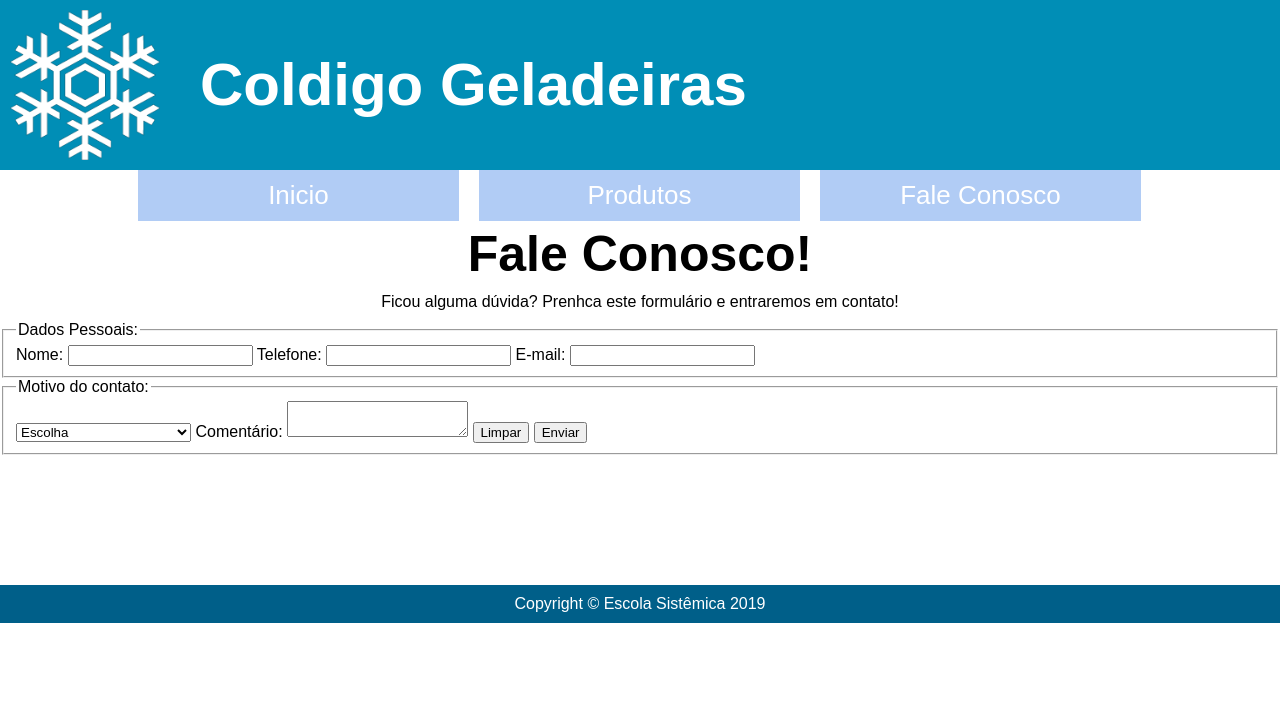
Repository: VandersonCani/Front-End
Page: ProjetoTrilhaWeb/src/main/webapp/WEB-INF/pages/site/faleconosco.html
An editor plug-in stored every save of this project. The page is shown before and after the next save, followed by the edit.
The browser window is 1280 px wide. The pictures show the whole page.

Above is the page before, as saved 2024-05-08 23:58:12.

### ProjetoTrilhaWeb/src/main/webapp/WEB-INF/pages/site/faleconosco.html
<!DOCTYPE html>
<html lang="pt-br">

<head>

	<meta charset="UTF-8">
	<meta name="description" content="Site da Coldigo Geladeiras">
	<meta name="keywords" content="Geladeiras, Frost-free, Refrigeração">
	<meta name="author" content="Escola Sistêmica">
	<meta name="viewport" content="width=device-width, initial-scale=1.0">
	<title>Coldigo Geladeiras</title>
	<link rel="stylesheet" type="text/css" href="../../css/site.css">
</head>

<body>
	<header>
		<img src="../../imgs/logo.png" alt="Logo da Coldigo Geladeiras">
		<h1>Coldigo Geladeiras</h1>
	</header>
	<nav>
		<a href="../../index.html">
			<div class="opcao">Inicio</div>
		</a>
		<a href="../../pages/site/produtos.html">
			<div class="opcao">Produtos</div>
		</a>
		<a href="../../pages/site/faleconosco.html">
			<div class="opcao">Fale Conosco</div>
		</a>
	</nav>
	<section>
		<h2>Fale Conosco!</h2>
		<p>Ficou alguma dúvida? Prenhca este formulário e entraremos em contato!</p>
		<form name="frmfaleconosco" method="post" action="#">
			<fieldset class="faleConosco">
				<legend> Dados Pessoais: </legend>
				<label for="nome">Nome: </label>
				<input type="text" name="txtnome" id="nome">
				<label for="fone">Telefone: </label>
				<input type="text" name="txtfone" id="fone">
				<label for="email">E-mail: </label>
				<input type="email" name="txtemail" id="email">
			</fieldset>
			<fieldset class="faleConosco">
				<legend>Motivo do contato: </legend>
				<select name="selmotivo" id="motivo">
					<option value="">Escolha</option>
					<option value="RE">Reclamação</option>
					<option value="SU">Sugestão</option>
					<option value="PR">Informação sobre produto</option>
				</select>
				<label for="comentario"> Comentário: </label>
				<textarea name="txacomentario" id="comentario"></textarea>
				<button type="reset">Limpar</buttontype></button>
				<button type="submit">Enviar</button>
			</fieldset>
		</form>
	</section>
	<footer>Copyright &copy; Escola Sistêmica 2019</footer>
</body>

</html>

### ProjetoTrilhaWeb/src/main/webapp/WEB-INF/css/site.css
@charset "UTF-8";
/*configuração geral do corpo da página*/

body{
	margin: 0 auto;
	font-family:"Century Gothic", sans-serif;
}

/****************************** Configurações Gerais ***************************************/
/*cabeçalho*/
header{
	height: 170px;
	background-color: #008eb6;
}
header img{
	float: left;
	height: 150px;
	width: 150px;
	margin: 10px;
}
header h1{
	float: left;
	margin: 50px 0 0 30px;
	font-size: 60px;
	color: #ffffff;
}
/* Menu */
nav{
	clear: both;
	width: 80%;
	margin: 0px auto;
	height: 55px;
}
nav a{
	color: white;
	text-decoration: none;
	text-align: center;
}
nav .opcao{
	float: left;
	width: 31.3%;
	background-color: #b1ccf5;
	padding:10px 0;
	margin: 0 1%;
	font-size: 26px;
}
nav .opcao:hover{
	background-color:#83afd3;
}

/*Área geral para conteúdos específicos de cada página*/
section{
	clear:both;
	min-height:360px;
	width: 100%;
	margin-top: 0px;
}
footer{
	background-color:#005f89;
	color:#fff;
	text-align:center;
	padding:10px;
}
/*****************************Configuração da página inicial*****************************/
section #topo{
	width: 900px;
	margin: 0px auto;
	height: 250px;
}
.geladeira{
	height: 250px;
	width: 125px;
}
.direita{
	float: right;
}
.esquerda{
	float: left;
}
section #titulos{
	float: left;
	height: 250px;
	width:650px;
	margin: 0px auto;
}
section p{
	clear: both;
	text-align: center;
	margin: 10px 80px;
}
h2{
	text-align:  center;
	margin-top: 0px;
	margin-bottom: 10px;
	font-size: 50px;
}h3{
	text-align: center;
	margin-top: 50px;
	font-size: 20px;
}
/***********************Configuração da página de Produtos***********************/
.tabelaProdutos{
	margin: 10px auto;
	text-align: center;
}
.tituloTabela{
	text-align: center;
	font-size: 30px;
	font-weight: bold;
	color: #fff;
	padding: 5px;
	border: transparent;
}
tr,td,th{
	border: 1px solid #B0c4DE;
	padding: 5px;
}
tr,td{
	font-size: 14px;
}
tr:nth-child(even){
	background-color: #b1ccf5;
}
tr:nth-child(odd){
	background-color: #83afd3;
}
/***********************Configuração da página Fale Conosco***********************/

After the next save:
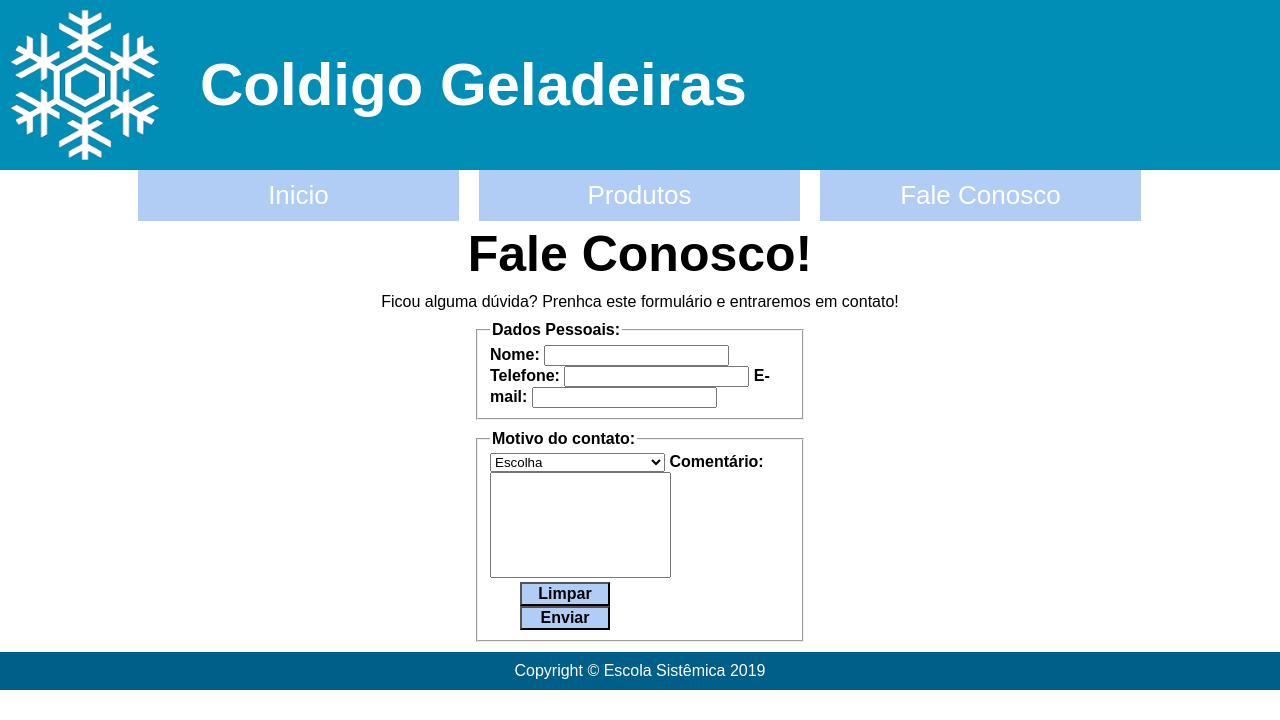
Saved 28 min 26 s later.
--- a/ProjetoTrilhaWeb/src/main/webapp/WEB-INF/css/site.css
+++ b/ProjetoTrilhaWeb/src/main/webapp/WEB-INF/css/site.css
@@ -125,3 +125,20 @@
 	background-color: #83afd3;
 }
 /***********************Configuração da página Fale Conosco***********************/
+.faleConosco{
+	width:300px;
+	margin:0px auto;
+	font-weight: bold;
+	margin-bottom: 10px;
+}
+.faleConosco textarea{
+	height: 100px;
+	resize: none;
+}
+.faleConosco button{
+	width: 30%;
+	margin: 0 10%;
+	background-color: #b1ccf5;
+	font-weight: bold;
+	font-size: 16px;
+}
